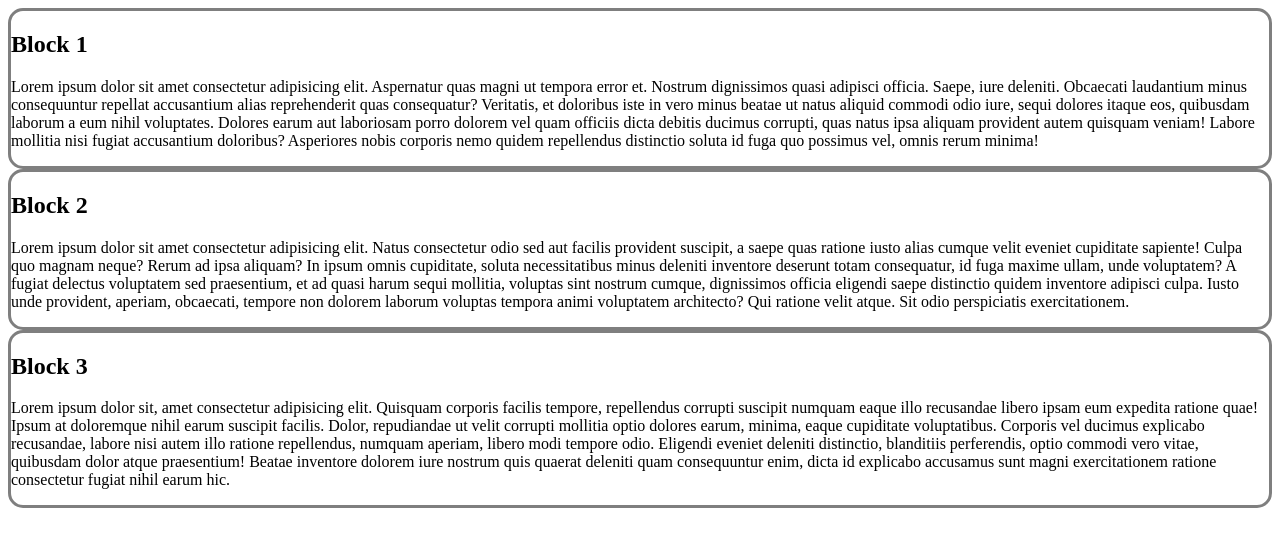
Repository: archangel88/elbrus_homework
Page: phase-0/week-3/day-3/css-fonts/index.html
These files come from the project's save history. The page is drawn as it stood at one moment and after the next save; the edit follows.
The browser window is 1280 px wide. The pictures show the whole page.

Above is the page before, as saved 2025-10-08 22:21:00.

After the next save:
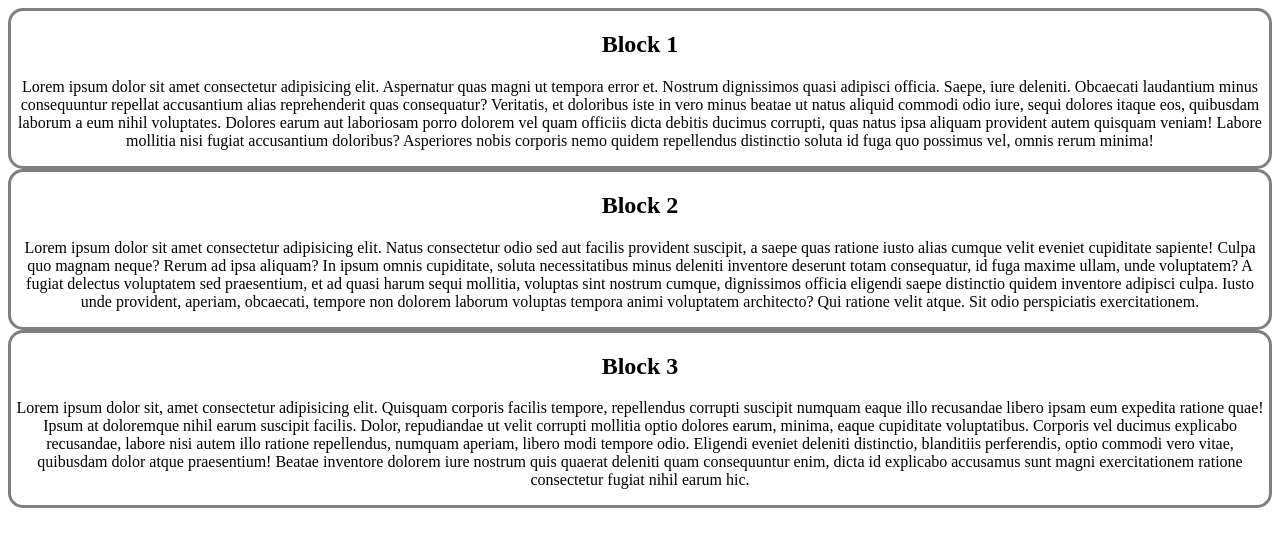
Saved 11 s later.
--- a/phase-0/week-3/day-3/css-fonts/style.css
+++ b/phase-0/week-3/day-3/css-fonts/style.css
@@ -1,6 +1,6 @@
 div {
     display: inline-block;
-    text-align: consectetur;
+    text-align: center;
     /* width: 100%; */
     border: 3px solid rgb(0,0,0,0.5);
     border-radius: 15px;

After the save that followed:
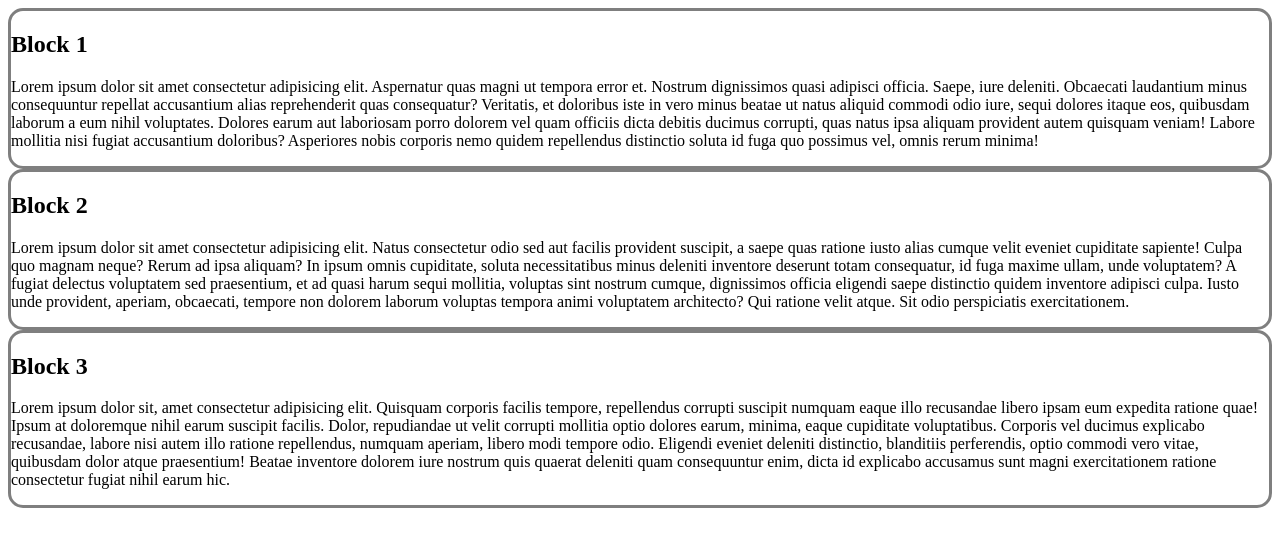
Saved 10 s later.
--- a/phase-0/week-3/day-3/css-fonts/style.css
+++ b/phase-0/week-3/day-3/css-fonts/style.css
@@ -1,6 +1,6 @@
 div {
     display: inline-block;
-    text-align: center;
+    text-align: left;
     /* width: 100%; */
     border: 3px solid rgb(0,0,0,0.5);
     border-radius: 15px;
